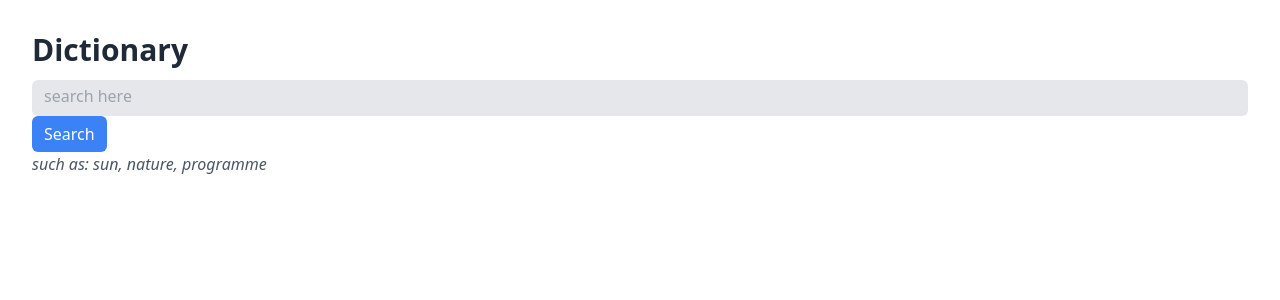
Repository: imokha01/dictionary-app
Page: /
These files come from the project's save history. The page is drawn as it stood at one moment and after a run of saves; the edit follows.
The browser window is 1280 px wide. The pictures show the whole page.
The project was rebuilt for these pictures with package versions that can differ from the ones it lists, and the page was loaded fresh each time. Also part of the build but not shown: vite.config.js, src/App.css.

Above is the page before, as saved 2024-02-19 10:59:39.

### src/App.jsx
import { useState } from 'react'
import './App.css'
import { Route, Routes, } from 'react-router-dom'
import Home from './pages/Home'



function App() {
  const [count, setCount] = useState(0)

  return (
    <>
      <Routes>
          <Route path='/' element={<Home/>}/>
      </Routes>
    </>
  )
}

export default App

### src/index.css
@tailwind base;
@tailwind components;
@tailwind utilities;

#root {
  margin: 0 auto;
  padding: 2rem;
  /* text-align: center; */
}

### src/pages/Home.jsx

const Home = () => {
    return (
        <div>
            <div className="flex flex-col gap-3">
                <h1 className="text-3xl  font-semibold">Dictionary</h1>
                <div className="flex flex-col">
                    <input className="bg-gray-200 rounded-md h-9 pl-3 pb-1" type="text" placeholder="search here" />
                    <button className="bg-blue-500 text-white rounded-md px-3 py-1.5 w-fit">Search</button>
                    <i className="text-gray-600">such as: sun, nature, programme</i>
                </div>
            </div>
        </div>
    )
}

export default Home

### tailwind.config.js
/** @type {import('tailwindcss').Config} */
import daisyui from 'daisyui';
export default {
  content: [
    "./index.html",
    "./src/**/*.{js,ts,jsx,tsx}",
  ],
  theme: {
    extend: {},
  },
  plugins: [daisyui],
};

Loaded but not shown: index.html (common file); src/main.jsx (common file)

After the next 3 saves:
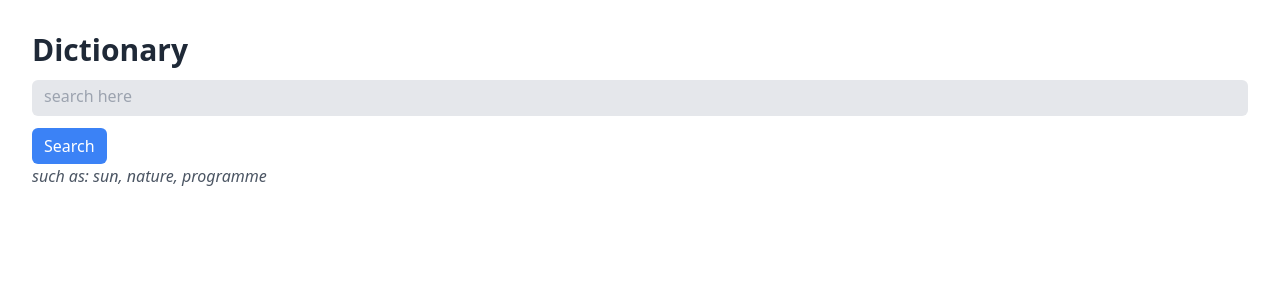
The 3 saves are shown as one change because they came seconds apart.
The last was saved 16 s later.
--- a/src/pages/Home.jsx
+++ b/src/pages/Home.jsx
@@ -5,7 +5,7 @@ const Home = () => {
             <div className="flex flex-col gap-3">
                 <h1 className="text-3xl  font-semibold">Dictionary</h1>
                 <div className="flex flex-col">
-                    <input className="bg-gray-200 rounded-md h-9 pl-3 pb-1" type="text" placeholder="search here" />
+                    <input className="bg-gray-200 rounded-md h-9 pl-3 pb-1 mb-3" type="text" placeholder="search here" />
                     <button className="bg-blue-500 text-white rounded-md px-3 py-1.5 w-fit">Search</button>
                     <i className="text-gray-600">such as: sun, nature, programme</i>
                 </div>
